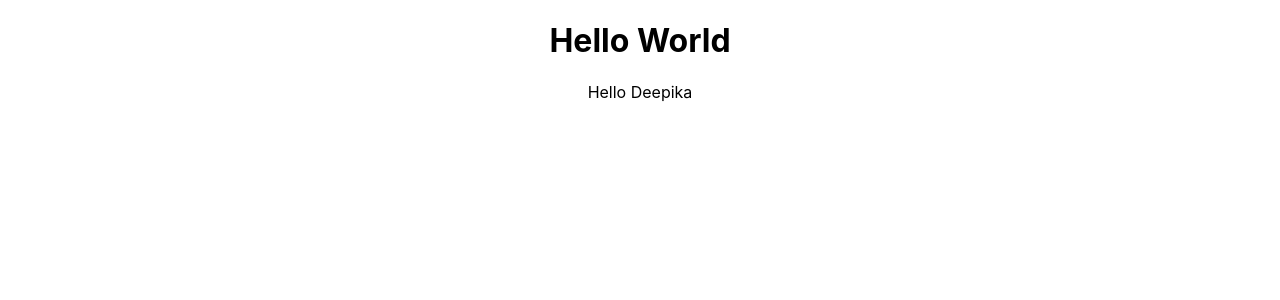
Repository: DeepikaSuretek/React
Page: / (app in practice-app/)
The author's editor kept a copy of each file at every save. The page is drawn from the files as they stood at one save, then again after the next save.
The browser window is 1280 px wide. The pictures show the whole page.
The project was rebuilt for these pictures with package versions that can differ from the ones it lists, and the page was loaded fresh each time.

Above is the page before, as saved 2024-07-08 17:53:08.

After the next save:
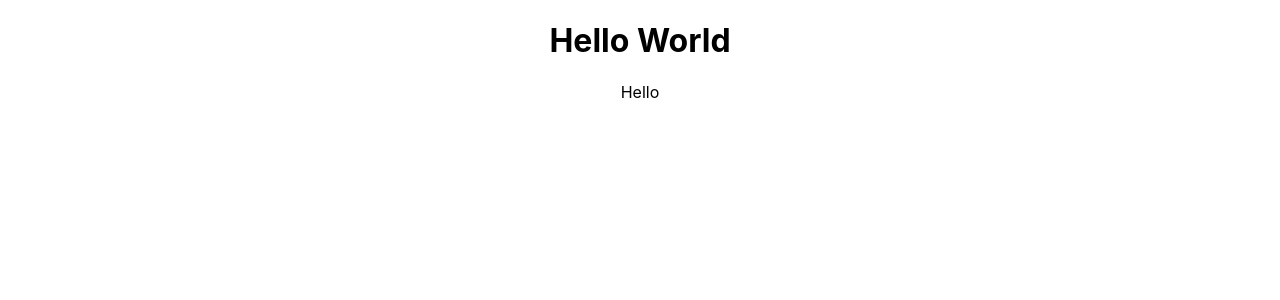
Saved 8 s later.
--- a/practice-app/src/class-component/class.js
+++ b/practice-app/src/class-component/class.js
@@ -9,7 +9,7 @@
     }
     render(){
         return(
-           <div>Hello {this.state.data}</div>
+           <div>Hello {this.state.name}</div>
         )
     }
 }

After the save that followed:
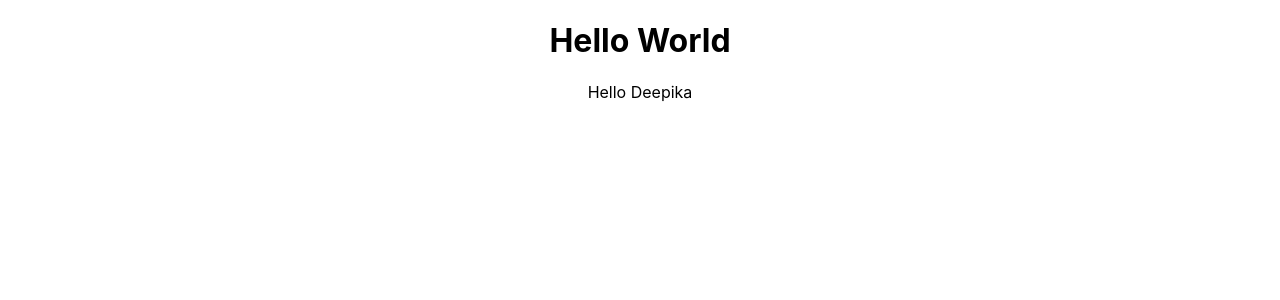
Saved 6 s later.
--- a/practice-app/src/class-component/class.js
+++ b/practice-app/src/class-component/class.js
@@ -9,7 +9,7 @@
     }
     render(){
         return(
-           <div>Hello {this.state.name}</div>
+           <div>Hello {this.state.data}</div>
         )
     }
 }
